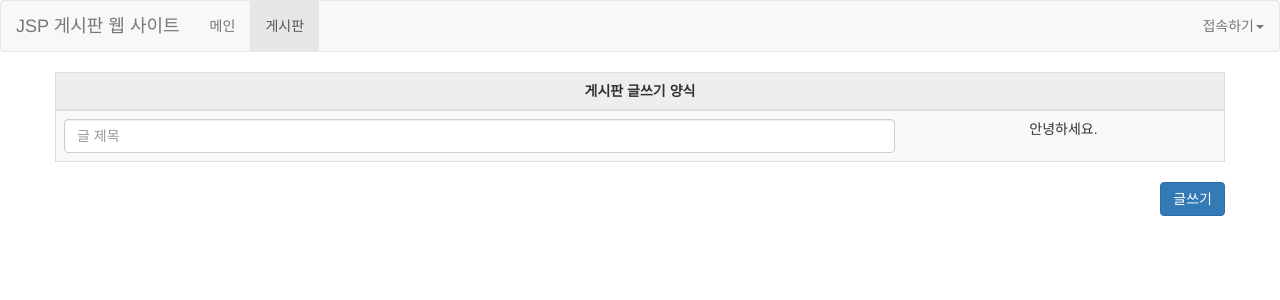
Repository: hseob04/jsp_bbs
Page: http://localhost/BBS/write.jsp
These files come from the project's save history. The page is drawn as it stood at one moment and after the next save; the edit follows.
The browser window is 1280 px wide. The pictures show the whole page.
Some web libraries are served in a nearby version. The page is served by Tomcat 9.

Above is the page before, as saved 2021-03-22 14:51:15.

After the next save:
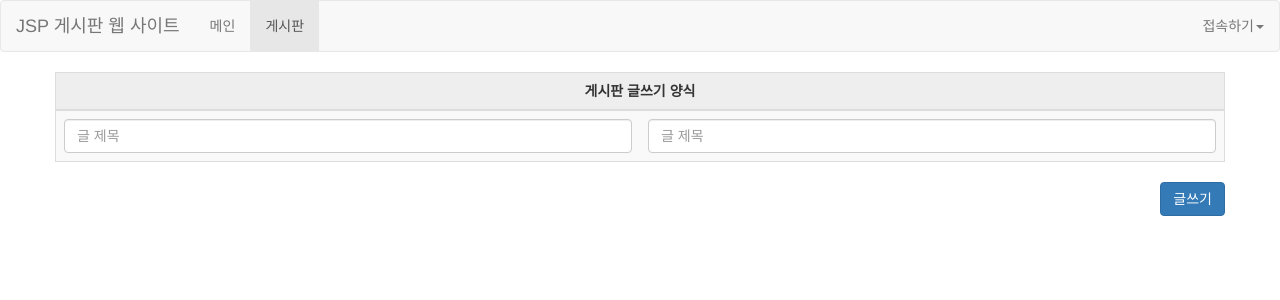
Saved 4 s later.
--- a/JSP/projects/BBS/src/main/webapp/write.jsp
+++ b/JSP/projects/BBS/src/main/webapp/write.jsp
@@ -84,7 +84,7 @@
 				<tbody>
 					<tr>
 						<td><input type="text" class="form-control" placeholder="글 제목" name="bbsTitle" maxlength="50"></td>
-						<td>안녕하세요.</td>
+						<td><input type="text" class="form-control" placeholder="글 제목" name="bbsTitle" maxlength="50"></td>
 
 					</tr>
 				</tbody>
